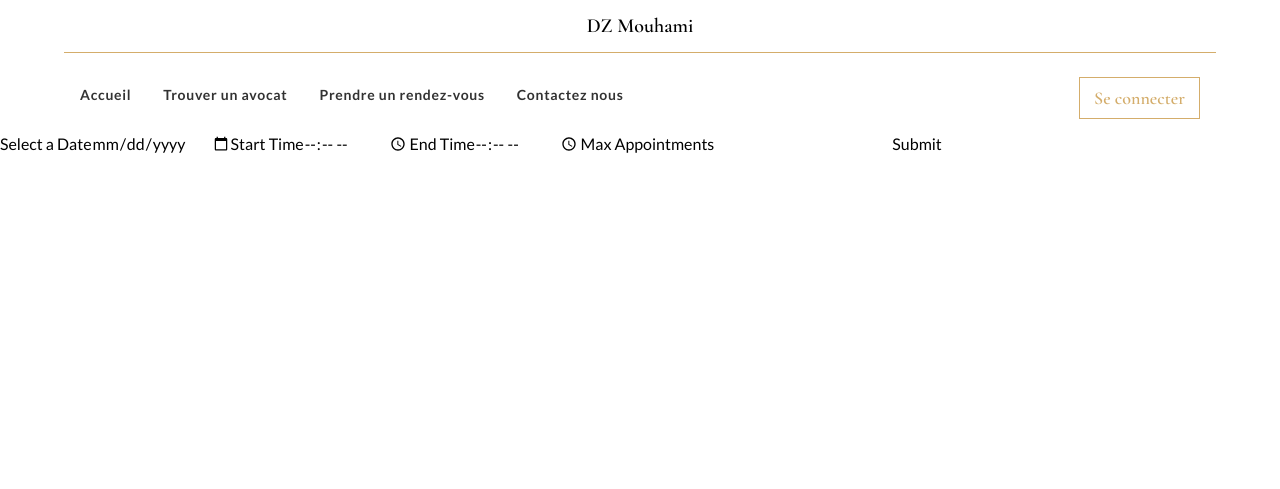
Repository: Chekrouba-Tinhinane/Mohami_dz
Page: /Available (app in client/)
These files come from the project's save history. The page is drawn as it stood at one moment and after the next save; the edit follows.
The browser window is 1280 px wide. The pictures show the whole page.
The page's requests for data from a server got no answer. The project was rebuilt for these pictures with package versions that can differ from the ones it lists, and the page was loaded fresh each time. No one was signed in, and anything a server would have sent is missing. Also part of the build but not shown: client/vite.config.js, client/src/components/super/Footer.jsx, client/src/LandingPage.jsx, client/src/SignIn.jsx, client/src/components/Selector.jsx, client/src/components/SearchContainer.jsx, client/src/components/LawyerCard.jsx, client/src/components/SearchBar.jsx and 13 more.

Above is the page before, as saved 2024-01-28 12:59:17.

### client/index.html
<!doctype html>
<html lang="en">
  <head>
    <meta charset="UTF-8" />
    <link rel="icon" type="image/svg+xml" href="/vite.svg" />
    <meta name="viewport" content="width=device-width, initial-scale=1.0" />
    <title>Mouhami DZ</title>
  </head>
  <body>
    <div id="root"></div>
    <script type="module" src="/src/App.jsx"></script>
  </body>
</html>

### client/src/App.jsx
import React, { useState, createContext, useContext, useEffect } from "react";
import { createRoot } from "react-dom/client";
import { BrowserRouter, Routes, Route } from "react-router-dom";
import "./index.css";
import LandingPage from "./LandingPage";
import SignIn from "./SignIn";
import Search from "./Search";
import HomeLayout from "./components/super/HomeLayout";
import Profile from "./components/Profile";
import ResultsPage from "./ResultsPage";
import SignUp from "./components/SignUp";
import maria from "./assets/maria/maria.jpg";
import ClientSignIn from "./ClientSignIn";
import AvailabilityForm from "./AvailabilityForm";
import axios from "axios";
import OwnProfile from "./OwnProfile";

const UserDataContext = createContext();

const App = () => {
  const [lawyers, setLawyers] = useState([]);

  useEffect(() => {
    const fetchLawyers = async () => {
      try {
        const response = await axios.get(
          "http://192.168.137.210:8000/avocat/avocat_list"
        );
        console.log(response.data);
        setLawyers(response.data);
      } catch (error) {
        console.error("Error fetching lawyers:", error);
      }
    };

    fetchLawyers(); // Call fetchLawyers when the component mounts
  }, []); // Empty dependency array ensures fetchLawyers is called only onc

  const [userData, setUserData] = useState(null);

  return (
    <UserDataContext.Provider value={{ userData, setUserData }}>
      <BrowserRouter>
        <Routes>
          <Route path={"/"} element={<LandingPage />} />
          <Route
            path={"/profile/:id"}
            element={
              <HomeLayout pageComponent={<Profile lawyers={lawyers} />} />
            }
          />
          <Route
            path={"/SelfProfile"}
            element={
              <HomeLayout
                pageComponent={
                  <OwnProfile
                    lawyer={{
                      avocat: {
                        siteweb: "google.com",
                        photo: "string",
                        ville: "jijel",
                        verified: false,
                        first_name: "BENBATTOUCHE",
                        region: "jijel",
                        id_speciality: 25,
                        id: 1,
                        codepostal: "18000",
                        last_name: "FOUAD TAREK",
                        password: "password",
                        email: "BENBATTOUCHE1@gmail.com",
                        langue: "arabic",
                        telephone: "1",
                        latitude: 0,
                        longitude: 0,
                      },
                      speciality_name: "Droit de l'immigration",
                    }}
                  />
                }
              />
            }
          />

          <Route path={"/ClientSignin"} element={<ClientSignIn />} />

          <Route
            path={"/Search"}
            element={
              <HomeLayout
                pageComponent={
                  <Search lawyers={lawyers} setLawyers={setLawyers} />
                }
              />
            }
          />
          <Route
            path={"/Available"}
            element={<HomeLayout pageComponent={<AvailabilityForm />} />}
          />
          <Route path={"/Signin"} element={<SignIn />} />
          {/*  <Route
          path={"/Schedule"}
          element={<HomeLayout pageComponent={<Schedule />} />}
        />


        <Route
          path={"/profile/:id"}
          element={<HomeLayout pageComponent={<Profile />} />}
        /> */}
          <Route
            path={"/SignUp"}
            element={<HomeLayout pageComponent={<SignUp />} />}
          />
        </Routes>
      </BrowserRouter>
    </UserDataContext.Provider>
  );
};

export const useUserData = () => useContext(UserDataContext);

export default App;

const root = createRoot(document.getElementById("root"));
root.render(<App />);

### client/src/index.css
@import url("https://fonts.googleapis.com/css2?family=Cormorant+Garamond:wght@300;400;500;600;700&family=Lato:wght@100;300;400;700;900&display=swap");

@tailwind base;
@tailwind components;
@tailwind utilities;

@layer base {
  a {
    @apply cursor-pointer;
  }
  h1 {
    @apply text-[50px] font-bold;
  }
  h2 {
    @apply text-[2.5rem] font-bold;
  }
  p {
  }
  h3 {
  }
  h4 {
    @apply text-[1rem] font-semibold;
  }
  textarea {
  }
  input {
  }
  select {
  }
}

* {
  /*font-family: 'Cormorant Garamond', serif; */
  font-family: "Lato", sans-serif;
  box-sizing: border-box;
  padding: 0;
  margin: 0;
}

.recursive {
  font-family: "Cormorant Garamond", serif;
}

.nav-item::after {
  content: "";
  display: block;
  width: 0;
  height: 2px;
  margin-top: 5px;
  background-color: rgb(212, 173, 107);
  transition: width 0.4s;
}

.nav-item:hover::after {
  width: 100%;
}

### client/src/components/super/HomeLayout.jsx
import React, { useState } from "react";
import NavBar from "./NavBar";

const HomeLayout = ({ pageComponent }) => {
  const navLinks = [
    { label: "Accueil", id: "about", offset: -50 },
    { label: "Trouver un avocat", id: "hero", offset: 0 },
    { label: "Prendre un rendez-vous", id: "appoint", offset: 50 },
    { label: "Contactez nous", id: "footer", offset: -100 }
  ];
  return (
    <div className=" flex flex-col min-h-screen items-center">
      <header className=" p-3 recursive border-b border-b-primary w-[90%] text-center font-semibold text-xl">
        {" "}
        DZ Mouhami{" "}
      </header>
      <NavBar links={navLinks} landing={true} />

      <div className={` w-full  `}>{pageComponent}</div>
    </div>
  );
};

export default HomeLayout;

### client/src/AvailabilityForm.jsx
import React from "react";
import { useFormik } from "formik";
import axios from "axios";

const initialValues = {
  DateInterval: "",
  HeureDebut: "",
  HeureFin: "",
  NbrMaxRdv: "",
  id_avocat: 1
};

const validate = (values) => {
  const errors = {};
  if (!values.DateInterval) {
    errors.DateInterval = "Date is required";
  }
  if (!values.HeureDebut) {
    errors.HeureDebut = "Start time is required";
  }
  if (!values.HeureFin) {
    errors.HeureFin = "End time is required";
  }
  if (!values.NbrMaxRdv) {
    errors.NbrMaxRdv = "Max appointments is required";
  } else if (isNaN(values.NbrMaxRdv)) {
    errors.NbrMaxRdv = "Max appointments must be a number";
  }
  return errors;
};

const AvailabilityForm = () => {
  const formik = useFormik({
    initialValues,
    validate,
    onSubmit: async (values) => {
      try {
        const response = await axios.post(
          "http://192.168.137.210:8000/creneau/add_creneau",
          values
        );
        console.log("Response:", response.data);
        // Handle success response
      } catch (error) {
        console.error("Error:", error);
        // Handle error response
      }
    },
  });

  return (
    <div>
      <form onSubmit={formik.handleSubmit}>
        <label htmlFor="DateInterval">Select a Date</label>
        <input
          id="DateInterval"
          name="DateInterval"
          type="date"
          value={formik.values.DateInterval}
          onChange={formik.handleChange}
        />
        {formik.errors.DateInterval && <div>{formik.errors.DateInterval}</div>}

        <label htmlFor="HeureDebut">Start Time</label>
        <input
          id="HeureDebut"
          name="HeureDebut"
          type="time"
          value={formik.values.HeureDebut}
          onChange={formik.handleChange}
        />
        {formik.errors.HeureDebut && <div>{formik.errors.HeureDebut}</div>}

        <label htmlFor="HeureFin">End Time</label>
        <input
          id="HeureFin"
          name="HeureFin"
          type="time"
          value={formik.values.HeureFin}
          onChange={formik.handleChange}
        />
        {formik.errors.HeureFin && <div>{formik.errors.HeureFin}</div>}

        <label htmlFor="NbrMaxRdv">Max Appointments</label>
        <input
          id="NbrMaxRdv"
          name="NbrMaxRdv"
          type="number"
          value={formik.values.NbrMaxRdv}
          onChange={formik.handleChange}
        />
        {formik.errors.NbrMaxRdv && <div>{formik.errors.NbrMaxRdv}</div>}

        <button type="submit">Submit</button>
      </form>
    </div>
  );
};

export default AvailabilityForm;

### client/src/components/super/NavBar.jsx
import { motion } from "framer-motion";
import { Link } from "react-router-dom";
import { Link as ScrollLink } from "react-scroll";

const NavBar = ({ links, landing }) => {
  return (
    <div
      whileHover={{ scale: 1, originX: 0, color: "#D4AD6B" }}
      transition={{ type: "tween", duration: 0.2 }}
      className={`  ${
        landing ? "px-20" : ""
      } flex items-center pt-6 mb-3 w-full justify-between `}
    >
      <motion.ul className="flex gap-[2rem] text-sm">
        {links.map((link, index) => (
          <motion.li
            key={index}
            whileHover={{ scale: 1, originX: 0, color: "#D4AD6B" }}
            transition={{ type: "tween", duration: 0.2 }}
            className="font-semibold opacity-80 tracking-wider cursor-pointer"
          >
            <ScrollLink
              to={link.id}
              spy={true}
              smooth={true}
              offset={link.offset}
              duration={500}
              className="nav-item"
            >
              {link.label}
            </ScrollLink>
          </motion.li>
        ))}
      </motion.ul>
      {landing && (
        <div className="flex gap-[1rem]">
          <Link
            to={"/SignIn"}
            href=""
            className="recursive flex items-center font-semibold text-primary border border-primary bg-white text-center text-lg py-1.5 px-3.5 hover:bg-opacity-70"
          >
            Se connecter
          </Link>
        </div>
      )}
    </div>
  );
};

export default NavBar;

### client/tailwind.config.js
/** @type {import('tailwindcss').Config} */
module.exports = {
  content: ["./src/**/*.{js,jsx,ts,tsx}"],
  theme: {
    extend: {
      colors: {
        lightBrown: "#FAF5EE",
        primary: "#D4AD6B",
        lightTypo: "#563D2B"
      },
    },
  },
  plugins: [],
};

After the next save:
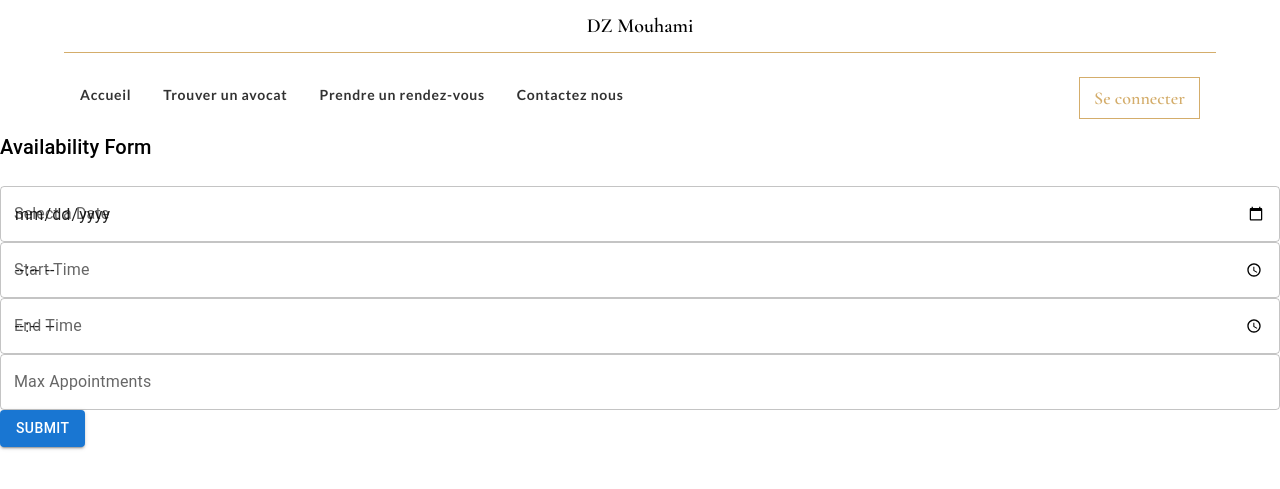
Saved 2 min 50 s later.
--- a/client/src/AvailabilityForm.jsx
+++ b/client/src/AvailabilityForm.jsx
@@ -1,13 +1,14 @@
 import React from "react";
 import { useFormik } from "formik";
 import axios from "axios";
+import { TextField, Button, Grid, Typography } from "@mui/material";
 
 const initialValues = {
   DateInterval: "",
   HeureDebut: "",
   HeureFin: "",
   NbrMaxRdv: "",
-  id_avocat: 1
+  id_avocat: 1,
 };
 
 const validate = (values) => {
@@ -49,51 +50,64 @@ const AvailabilityForm = () => {
   });
 
   return (
-    <div>
-      <form onSubmit={formik.handleSubmit}>
-        <label htmlFor="DateInterval">Select a Date</label>
-        <input
-          id="DateInterval"
-          name="DateInterval"
-          type="date"
-          value={formik.values.DateInterval}
-          onChange={formik.handleChange}
-        />
-        {formik.errors.DateInterval && <div>{formik.errors.DateInterval}</div>}
-
-        <label htmlFor="HeureDebut">Start Time</label>
-        <input
-          id="HeureDebut"
-          name="HeureDebut"
-          type="time"
-          value={formik.values.HeureDebut}
-          onChange={formik.handleChange}
-        />
-        {formik.errors.HeureDebut && <div>{formik.errors.HeureDebut}</div>}
-
-        <label htmlFor="HeureFin">End Time</label>
-        <input
-          id="HeureFin"
-          name="HeureFin"
-          type="time"
-          value={formik.values.HeureFin}
-          onChange={formik.handleChange}
-        />
-        {formik.errors.HeureFin && <div>{formik.errors.HeureFin}</div>}
-
-        <label htmlFor="NbrMaxRdv">Max Appointments</label>
-        <input
-          id="NbrMaxRdv"
-          name="NbrMaxRdv"
-          type="number"
-          value={formik.values.NbrMaxRdv}
-          onChange={formik.handleChange}
-        />
-        {formik.errors.NbrMaxRdv && <div>{formik.errors.NbrMaxRdv}</div>}
-
-        <button type="submit">Submit</button>
-      </form>
-    </div>
+    <Grid container spacing={2}>
+      <Grid item xs={12}>
+        <Typography variant="h6" gutterBottom>
+          Availability Form
+        </Typography>
+      </Grid>
+      <Grid item xs={12}>
+        <form onSubmit={formik.handleSubmit}>
+          <TextField
+            fullWidth
+            id="DateInterval"
+            name="DateInterval"
+            label="Select a Date"
+            type="date"
+            value={formik.values.DateInterval}
+            onChange={formik.handleChange}
+            error={formik.touched.DateInterval && Boolean(formik.errors.DateInterval)}
+            helperText={formik.touched.DateInterval && formik.errors.DateInterval}
+          />
+          <TextField
+            fullWidth
+            id="HeureDebut"
+            name="HeureDebut"
+            label="Start Time"
+            type="time"
+            value={formik.values.HeureDebut}
+            onChange={formik.handleChange}
+            error={formik.touched.HeureDebut && Boolean(formik.errors.HeureDebut)}
+            helperText={formik.touched.HeureDebut && formik.errors.HeureDebut}
+          />
+          <TextField
+            fullWidth
+            id="HeureFin"
+            name="HeureFin"
+            label="End Time"
+            type="time"
+            value={formik.values.HeureFin}
+            onChange={formik.handleChange}
+            error={formik.touched.HeureFin && Boolean(formik.errors.HeureFin)}
+            helperText={formik.touched.HeureFin && formik.errors.HeureFin}
+          />
+          <TextField
+            fullWidth
+            id="NbrMaxRdv"
+            name="NbrMaxRdv"
+            label="Max Appointments"
+            type="number"
+            value={formik.values.NbrMaxRdv}
+            onChange={formik.handleChange}
+            error={formik.touched.NbrMaxRdv && Boolean(formik.errors.NbrMaxRdv)}
+            helperText={formik.touched.NbrMaxRdv && formik.errors.NbrMaxRdv}
+          />
+          <Button variant="contained" color="primary" type="submit">
+            Submit
+          </Button>
+        </form>
+      </Grid>
+    </Grid>
   );
 };
 
